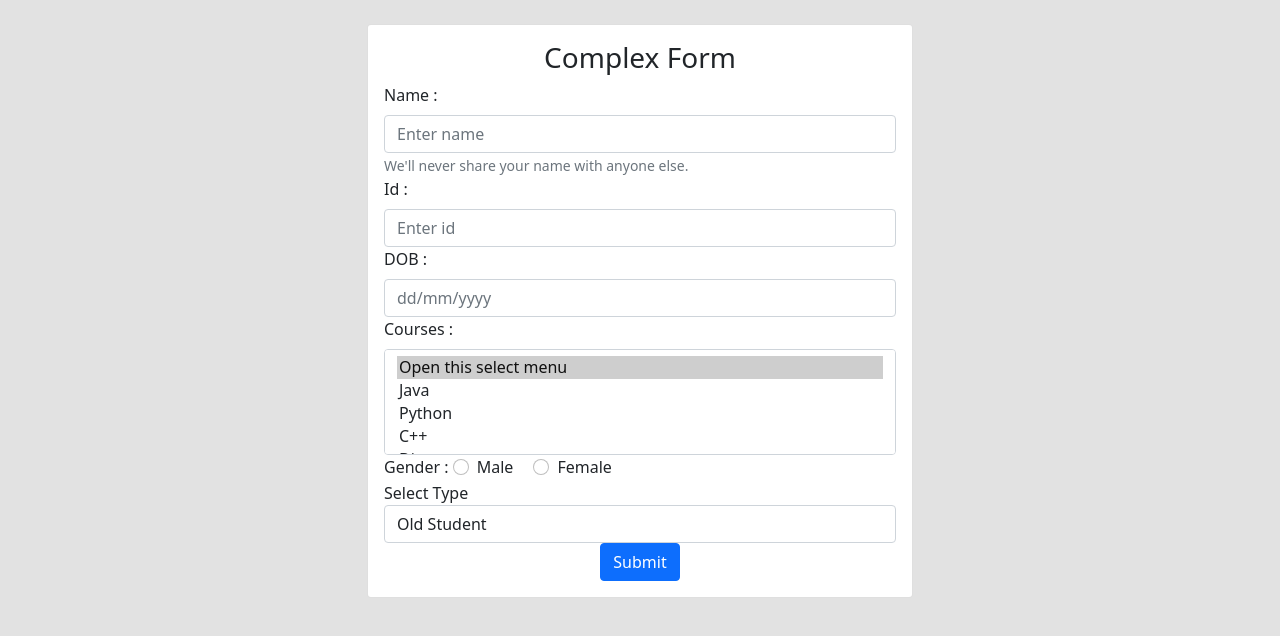
Repository: urvashimalviya/crudDemo
Page: http://localhost/SearchProject/WEB-INF/views/complex_form.jsp
These files come from the project's save history. The page is drawn as it stood at one moment and after the next save; the edit follows.
The browser window is 1280 px wide. The pictures show the whole page.
The page is served by Tomcat 9. Nobody is signed in. The template is opened directly, without the code that normally fills it, so the values that code supplies are empty.

Above is the page before, as saved 2021-08-11 10:01:39.

After the next save:
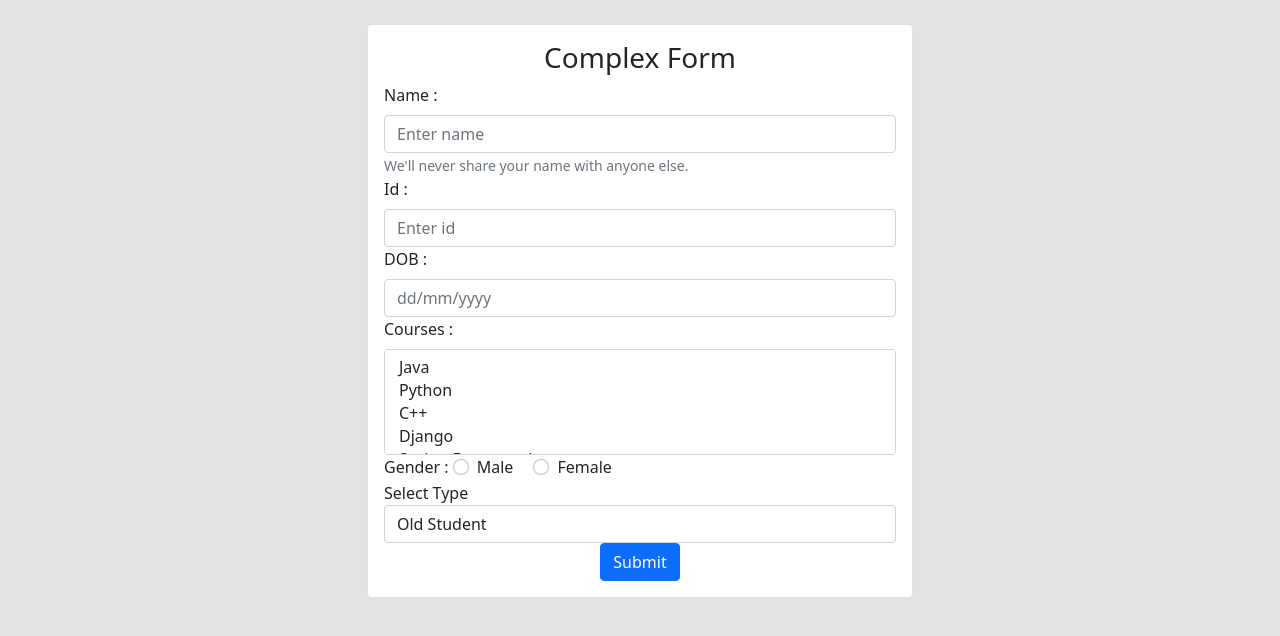
Saved 28 min 4 s later.
--- a/SearchProject/src/main/webapp/WEB-INF/views/complex_form.jsp
+++ b/SearchProject/src/main/webapp/WEB-INF/views/complex_form.jsp
@@ -56,7 +56,7 @@
 								<label for="exampleInputEmail1" class="form-label">Courses
 									:</label> <select name="courses" class="form-control"
 									ControlSelect1" multiple>
-									<option selected>Open this select menu</option>
+
 									<option>Java</option>
 									<option>Python</option>
 									<option>C++</option>
